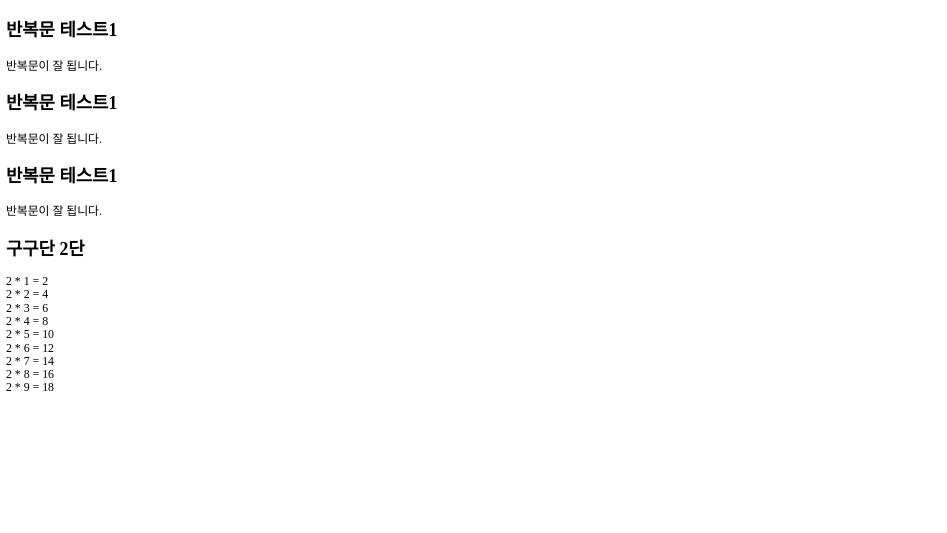
Repository: jungreul97/jsp_pracitce
Page: http://localhost/JSPBasic/JspTag/Scriptlet.jsp
An editor plug-in stored every save of this project. The page is shown before and after the next save, followed by the edit.
The browser window is 1280 px wide. The pictures show the whole page, at 74% of full size.
The page is served by Tomcat 9.

Above is the page before, as saved 2022-01-28 02:36:46.

After the next save:
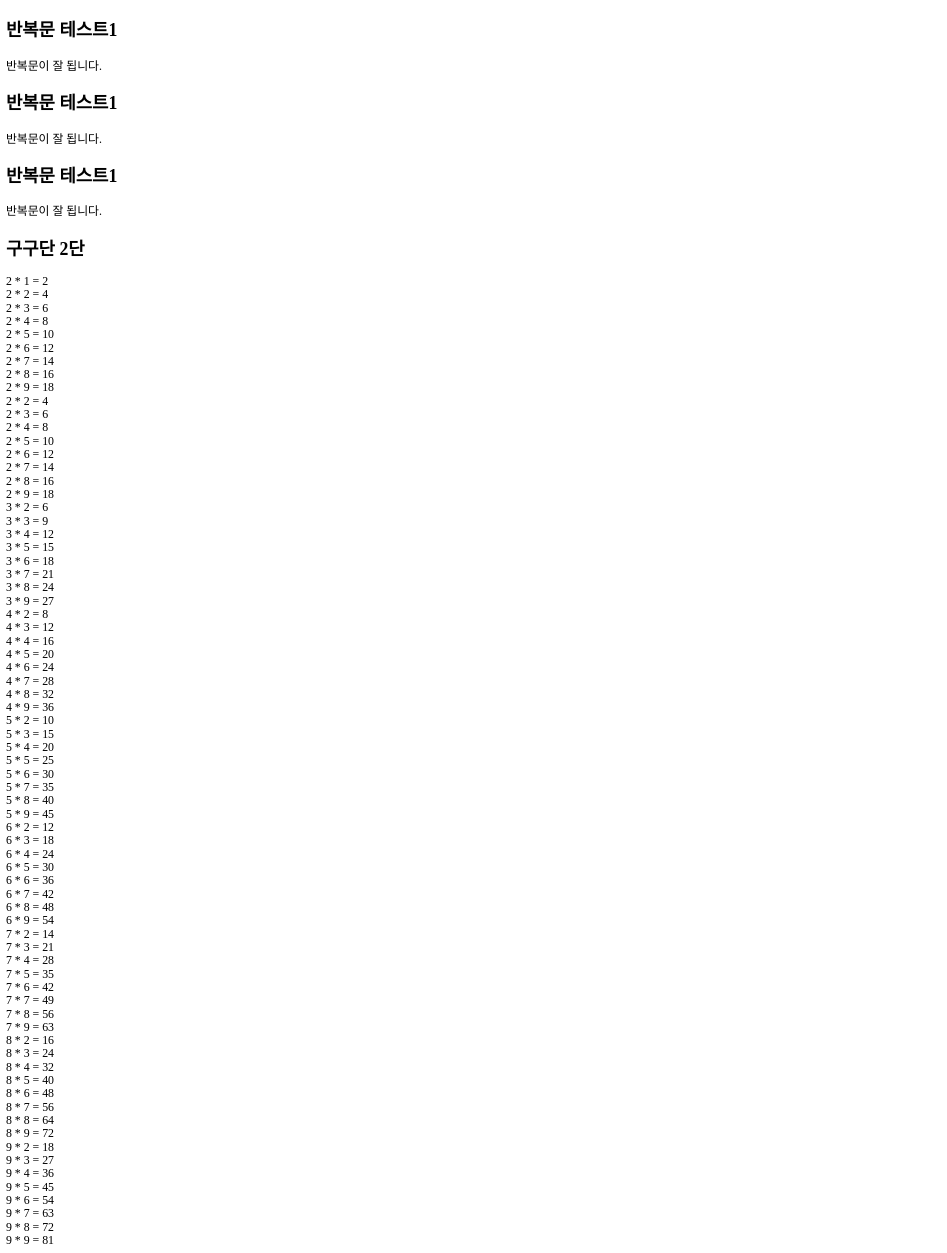
Saved 34 min 44 s later.
--- a/JSPBasic/src/main/webapp/JspTag/Scriptlet.jsp
+++ b/JSPBasic/src/main/webapp/JspTag/Scriptlet.jsp
@@ -24,5 +24,11 @@
 	<% for(int i=1;i<=9;i++){
 		out.println("2 * "+i+" = "+(2*i)+"<br/>");
 	} %>
+
+	<% for(int i=2;i<=9;i++){
+		for(int j=2;j<=9;j++){
+			out.println(i+" * "+j+" = "+(i*j)+"<br/>");
+		}
+	} %>
 </body>
 </html>
